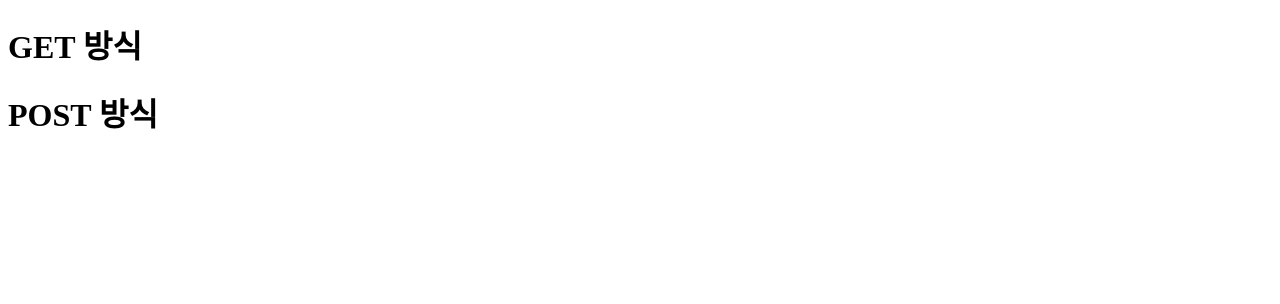
Repository: XenosJM/WEB_CODES
Page: Web01_HTML/src/main/webapp/08_form.html
The author's editor kept a copy of each file at every save. The page is drawn from the files as they stood at one save, then again after the next save.
The browser window is 1280 px wide. The pictures show the whole page.

Above is the page before, as saved 2024-03-19 05:24:58.

### Web01_HTML/src/main/webapp/08_form.html
<!DOCTYPE html>
<html>
<head>
<meta charset="UTF-8">
<title>HTML form</title>
</head>
<body>
	<!--
		* HTML form
		- form 태그 : 데이터를 전송할 form data를 구성하는 태그
		- action : 데이터를 전송할 url 정보
		- method : 데이터 전송 방식
		  ㄴ GET 방식 : 사용자가 입력한 데이터를 url의 문자열로 전송
		  ㄴ POST 방식 : HTTP 요청 body에 데이터를 포함하여 전송
		- input 태그 : 데이터를 입력하는 태그

	 -->
	<h1>GET 방식</h1>


	<h1>POST 방식</h1>

</body>
</html>

After the next save:
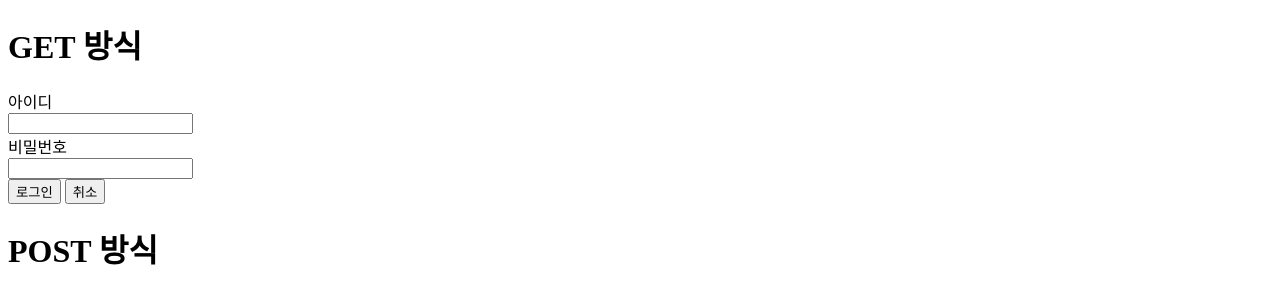
Saved 6 min 11 s later.
--- a/Web01_HTML/src/main/webapp/08_form.html
+++ b/Web01_HTML/src/main/webapp/08_form.html
@@ -16,7 +16,15 @@
 
 	 -->
 	<h1>GET 방식</h1>
+	<form action="result.html" method="GET">
+		아이디<br>
+		<input type="text" name="userid"><br>
+		비밀번호<br>
+		<input type="password" name="password"><br>
+		<input type="submit" value="로그인">
+		<input type="reset" value="취소">
 
+	</form>
 
 	<h1>POST 방식</h1>
 
